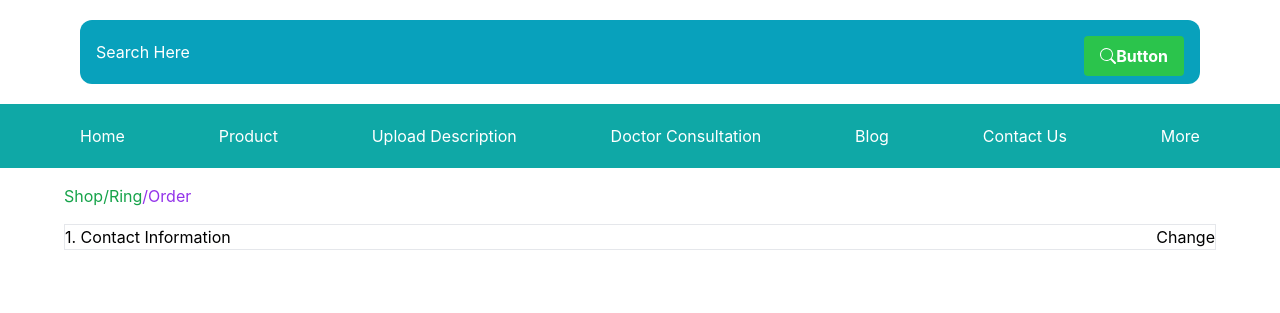
Repository: arafatmollah/form-pharma
Page: /
The author's editor kept a copy of each file at every save. The page is drawn from the files as they stood at one save, then again after the next save.
The browser window is 1280 px wide. The pictures show the whole page.
The project was rebuilt for these pictures with package versions that can differ from the ones it lists, and the page was loaded fresh each time.

Above is the page before, as saved 2023-03-14 23:40:56.

### src/index.js


import React from 'react';
import ReactDOM from 'react-dom/client';
import './index.css';
import App from './App';
import reportWebVitals from './reportWebVitals';

const root = ReactDOM.createRoot(document.getElementById('root'));
root.render(
  <React.StrictMode>
    <App />
  </React.StrictMode>
);

// If you want to start measuring performance in your app, pass a function
// to log results (for example: reportWebVitals(console.log))
// or send to an analytics endpoint. Learn more: https://bit.ly/CRA-vitals
reportWebVitals();

### src/App.js

import './App.css';
import Nav from './Nav';
import Form from './Form';

function App() {
  return (
    <div className="App">
     <Nav></Nav>
     <Form></Form>
    </div>
  );
}

export default App;

### src/App.css
.box-border{
  background-color: #08A1BC;
}
.btn {
  @apply font-bold py-2 px-4 rounded;
  background-color: #2BC44C;
  color: white;
}
.btn-blue {
  @apply bg-blue-500 text-white;
}
.btn-blue:hover {
  @apply bg-blue-700;
}
.nav{
  background-color: #0FA8A6;
}

### src/Nav.js
import React from 'react'
import './App.css';
import { BsSearch } from 'react-icons/bs';

function Nav() {
  return (
    <div>
        <div className='box-border h-16 w-100 p-4 mx-20 my-5 rounded-xl'>
          <div className='flex justify-between align-middle'>
                <p className='text-white mt-1'>Search Here</p>
                <button className="btn mb-1 py-2 flex items-center justify-between"><BsSearch></BsSearch> Button</button>
          </div>
        </div>
        <div className='box-border h-16 w-100 nav'>
            <div className='flex mx-20 items-center justify-between text-white'>
            <div className='mt-5'>Home</div>
            <div className='mt-5'> Product</div>
            <div className='mt-5'>Upload Description</div>
            <div className='mt-5'>Doctor Consultation</div>
            <div className='mt-5'>Blog</div>
            <div className='mt-5'>Contact Us</div>
            <div className='mt-5'>More</div>
            </div>
        </div>
    </div>
  )
}

export default Nav

### src/Form.js
import React from 'react'

function form() {
  return (
    <div>
        <div className='mx-16'>
            <div className='flex my-4'>
                <p className='text-green-600'>Shop</p>
                <p className='text-green-600'> /Ring</p>
                <p className='text-purple-600'>/Order</p>
            </div>
            <div className='border w-50 flex justify-between'>
              <p>1. Contact Information</p>
              <p>Change </p>
            </div>
        </div>
    </div>
  )
}

export default form

Loaded but not shown: public/index.html (common file); src/index.css (common file); src/reportWebVitals.js (common file); tailwind.config.js (common file)

After the next save:
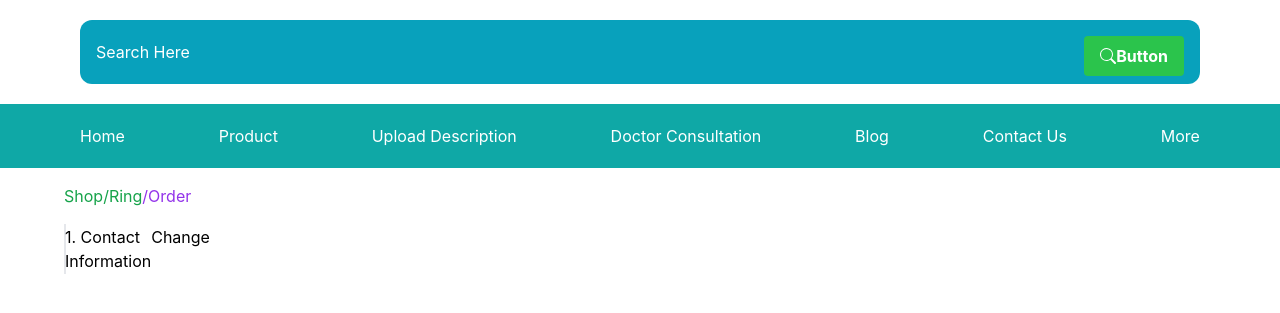
Saved 10 s later.
--- a/src/Form.js
+++ b/src/Form.js
@@ -9,7 +9,7 @@ function form() {
                 <p className='text-green-600'> /Ring</p>
                 <p className='text-purple-600'>/Order</p>
             </div>
-            <div className='border w-50 flex justify-between'>
+            <div className='border w-0 flex justify-between'>
               <p>1. Contact Information</p>
               <p>Change </p>
             </div>
